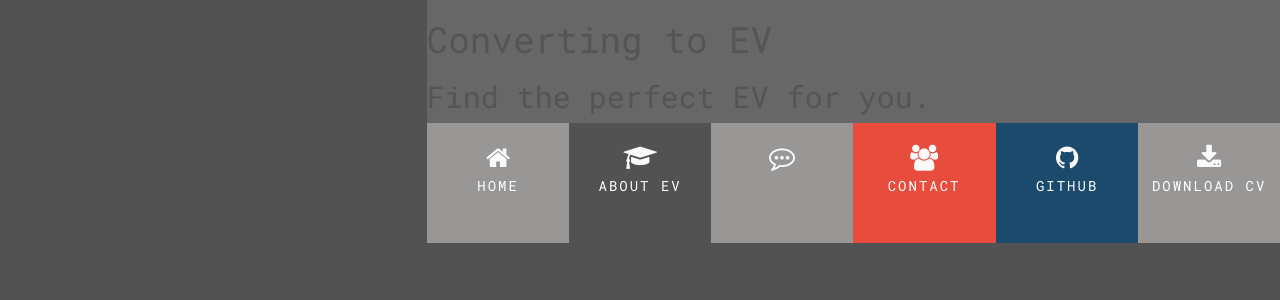
Repository: gnisco/2nd-project
Page: index.html
The author's editor kept a record of every edit. The page is drawn from the files as they stood at one moment, then again after the next edit.
The browser window is 1280 px wide. The pictures show the whole page.
Some web libraries are served in a nearby version.

Above is the page before.

### index.html
<!DOCTYPE html>
<html lang="en">
<head>
    <link rel="stylesheet" href="https://maxcdn.bootstrapcdn.com/bootstrap/3.3.7/css/bootstrap.min.css" type="text/css" />
    <link rel="stylesheet" href="https://maxcdn.bootstrapcdn.com/font-awesome/4.7.0/css/font-awesome.min.css" type="text/css" />
    <link rel="stylesheet" href="https://cdnjs.cloudflare.com/ajax/libs/hover.css/2.1.1/css/hover-min.css" type="text/css" />
    <link rel="stylesheet" href="assets/css/style.css" type="text/css" />
    <title>Convert to EV</title>
</head>

<body>
    <header class="container-fluid">
        <div class="row">
            <a href="index.html">
                <div class="col-md-4 logo"></div>
            </a>
            <div class="col-md-8">
                <div class="row bg-color-name-title">
                    <div class="heading">
                        <h1 class="name">Converting to EV</h1>
                        <h2 class="title">Find the perfect EV for you.</h2>
                    </div>
                </div>
                <div class="row">
                    <ul id="nav" class="list-inline clearfix">
                        <li class="col-xs-6 col-sm-2 ui-menu-color-home menuitem">
                            <a href="index.html" class="hvr-sweep-to-bottom"><i class="fa fa-home" aria-hidden="true"></i><span>Home</span></a>
                        </li>
                        <li class="col-xs-6 col-sm-2 ui-menu-color-resume menuitem">
                            <a href="resume.html" class="hvr-sweep-to-bottom"><i class="fa fa-graduation-cap" aria-hidden="true"></i><span>About EV</span></a>
                        </li>
                        <li class="col-xs-6 col-sm-2 ui-menu-color-contact menuitem">
                            <a href="contact.html" class="hvr-sweep-to-bottom"><i class=" fa fa-commenting-o" aria-hidden="true"></i><span></span></a>
                        </li>
                        <li class="col-xs-6 col-sm-2 ui-menu-color-interests menuitem">
                            <a href="interests.html" class="hvr-sweep-to-bottom"><i class="fa fa-users" aria-hidden="true"></i><span>Contact</span></a>
                        </li>
                        <li class="col-xs-6 col-sm-2 ui-menu-color-github menuitem">
                            <a href="github.html" class="hvr-sweep-to-bottom"><i class="fa fa-github" aria-hidden="true"></i><span>GitHub</span></a>
                        </li>
                        <li class="col-xs-6 col-sm-2 ui-menu-color-download menuitem">
                            <a href="assets/cv/sample-cv.pdf" target="_blank" class="hvr-sweep-to-bottom"><i class="fa fa-download" aria-hidden="true"></i><span>Download CV</span></a>
                        </li>
                    </ul>
                </div>
            </div>
        </div>
    </header>

</body>
</html>

### assets/css/style.css
@import url('https://fonts.googleapis.com/css?family=Roboto+Mono&display=swap');

#nav {
    margin: 0;
}

#nav li {
    padding: 0;
}

.menuitem {
    height: 120px;
    text-align: center;
    padding: 0;
}

.menuitem a {
    width: 100%;
    text-decoration: none;
    color: #ffffff;
    height: 120px;
}


.menuitem a i {
    padding-top: 22px;
    display: block;
    color: #fafafa;
    font-size: 26px;
}

.menuitem span {
    display: block;
    width: 100%;
    padding-top: 5px;
    text-align: center;
    text-transform: uppercase;
    font-size: 14px;
    font-weight: 300;
    letter-spacing: 2px;
}


/*--------------------------------------------Hover.css*/

.hvr-sweep-to-bottom:before {
    background: rgba(0, 0, 0, 0.2);
    height: 120px;
}

/*--------------------------------------------Colors*/

.bg-color-name-title {
    background-color: #676767;
}

.bg-color-three-reasons {
    background-color: #ffffff;
}

.bg-color-personal-info {
    background-color: #f4f4f4;
}

.bg-color-skills {
    background-color: #ffffff;
}

.bg-color-work-history {
    background-color: #9b59b6;
}

.bg-color-contact {
    background-color: #ffffff;
}

.bg-color-conferences {
    background-color: #f4f4f4;
}

.bg-color-groups {
    background-color: #ffffff;
}

.ui-menu-color-home {
    background-color: #999696;
}

.ui-menu-color-why-switch {
    background-color: #999696;
}

.ui-menu-color-contact {
    background-color: #999696;
}

.ui-menu-color-download {
    background-color: #999696;
}


.ui-menu-color-github {
    background-color: #1c4a6c;
}

.ui-menu-color-interests {
    background-color: #e74c3c;
}




body {
    font-family: Roboto Mono, sans-serif;
    font-weight: 200;
    background-color: #525252;
    color: #555555;
}

After the next edit:
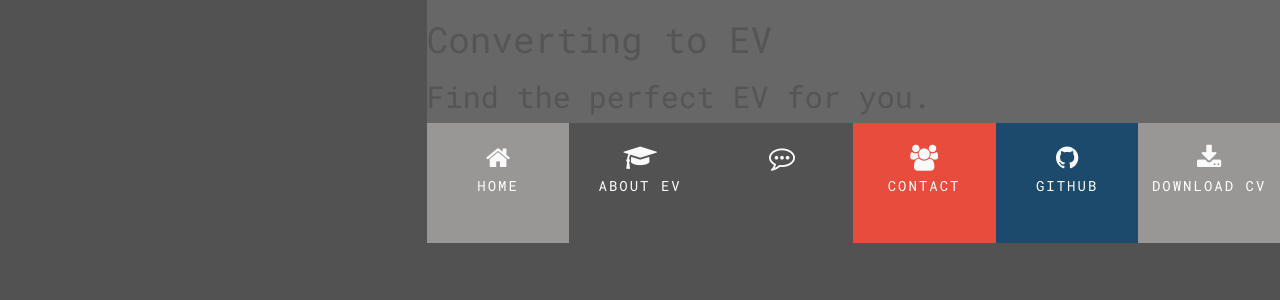
The edit:
--- a/assets/css/style.css
+++ b/assets/css/style.css
@@ -90,7 +90,7 @@
     background-color: #999696;
 }
 
-.ui-menu-color-contact {
+.ui-menu-color-find-your-ev {
     background-color: #999696;
 }
 
